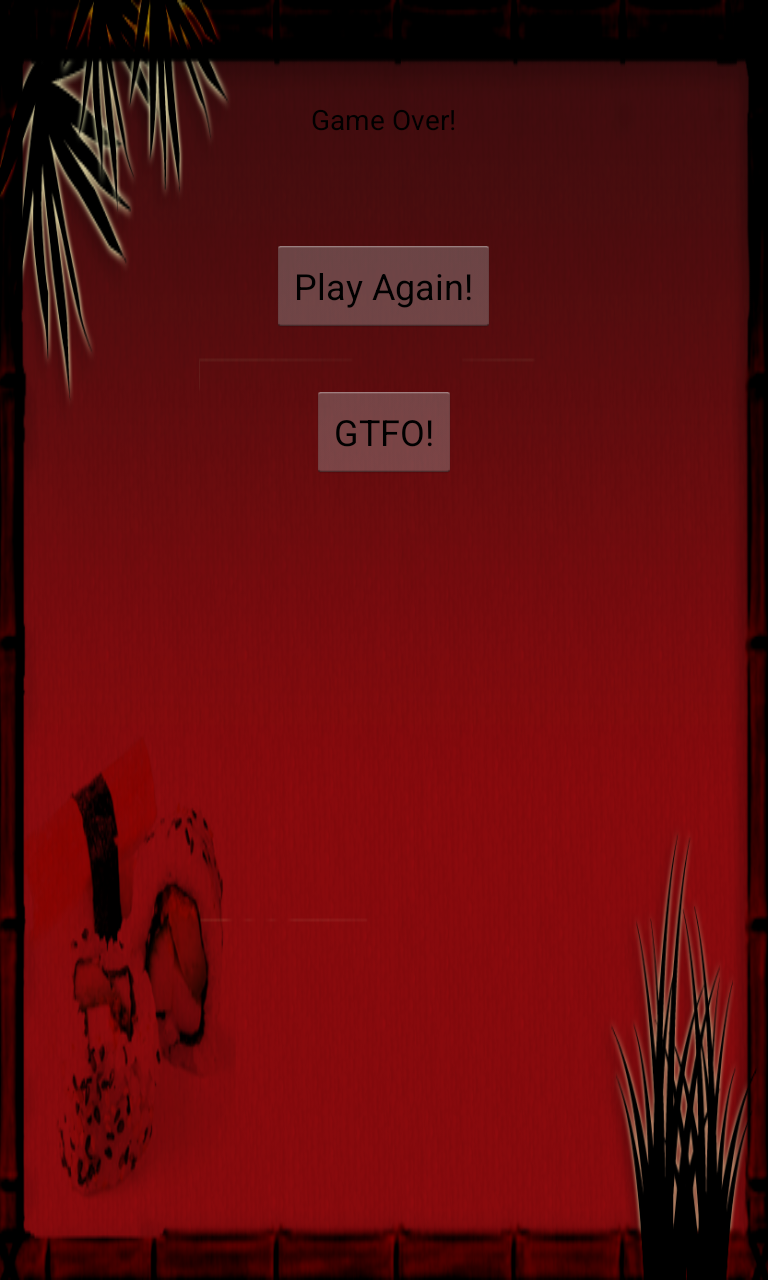
Repository: Kreispy/Sushi-Samurai
Layout: SushiNinja/res/layout/end.xml
The author's editor kept a copy of each file at every save. The layout is drawn from the files as they stood at one save, then again after the next save.
It is drawn on a 768 x 1280 px phone screen (xhdpi) without system bars, with theme AppTheme; the app's code is not run.

Above is the layout before, as saved 2013-04-27 06:01:30.

After the next save:
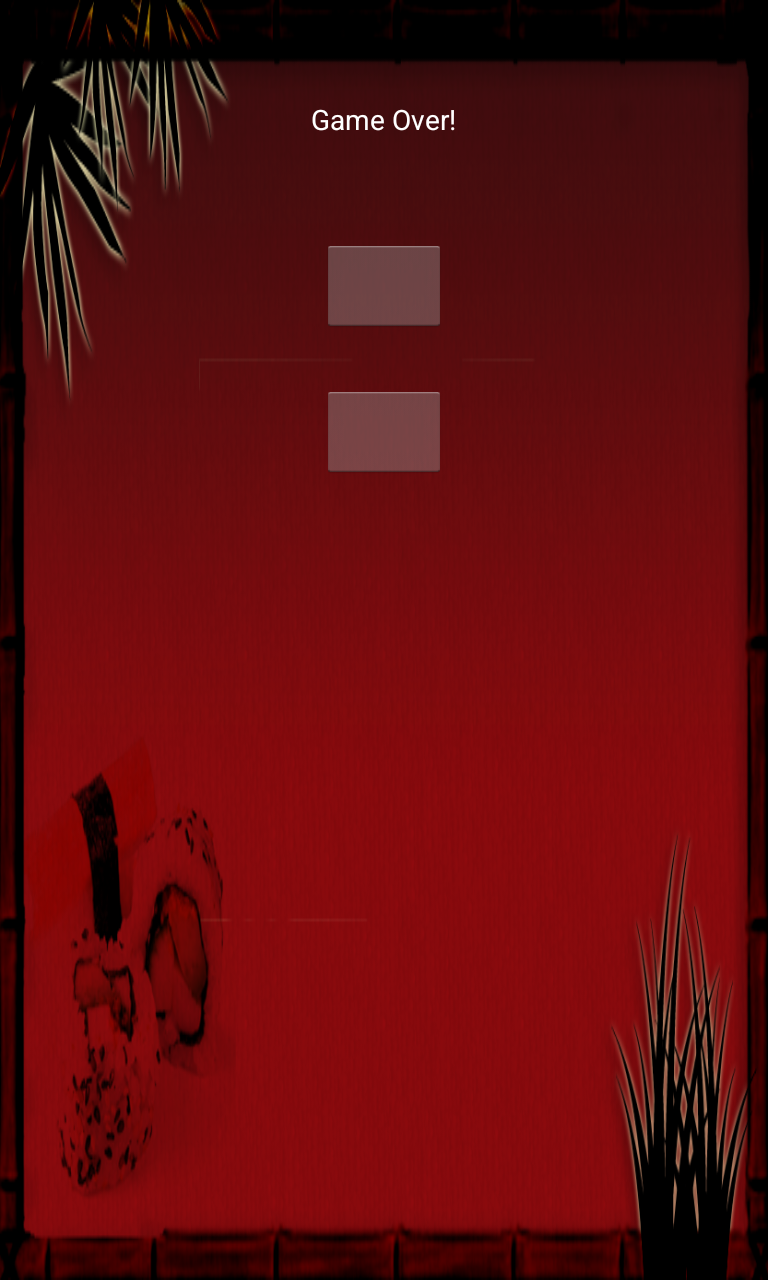
Saved 61 s later.
--- a/SushiNinja/res/layout/end.xml
+++ b/SushiNinja/res/layout/end.xml
@@ -5,15 +5,13 @@
     android:background="@drawable/background_red" >
 
         <TextView
-          android:id="@+id/over"
-          android:layout_margin="50dp"
-          android:layout_height="wrap_content"
-          android:layout_width="wrap_content"
-          android:text="@string/over"
-          android:layout_centerHorizontal="true"
-          android:textColor = "@color/black"
-          />
-
+            android:id="@+id/over"
+            android:layout_width="wrap_content"
+            android:layout_height="wrap_content"
+            android:layout_centerHorizontal="true"
+            android:layout_margin="50dp"
+            android:text="@string/over"
+            android:textColor="@color/white" />
 
 	    <Button
 	    android:id="@+id/restart"
@@ -21,18 +19,17 @@
 	    android:layout_height="wrap_content"
 	    android:onClick="onRestartClick"
 	    android:layout_centerHorizontal="true"
-    	android:layout_below="@id/over"
-	    android:text="@string/restart" />
+    	android:layout_below="@id/over" />
 
 	    <Button
 	    android:id="@+id/end"
-          android:layout_margin="25dp"
+        android:layout_margin="25dp"
 	    android:layout_width="wrap_content"
 	    android:layout_height="wrap_content"
 	    android:onClick="onEndClick"
   		android:layout_centerHorizontal="true"
     	android:layout_below="@id/restart"
-	    android:text="@string/end" />
+    	 />
 
 
 </RelativeLayout>
